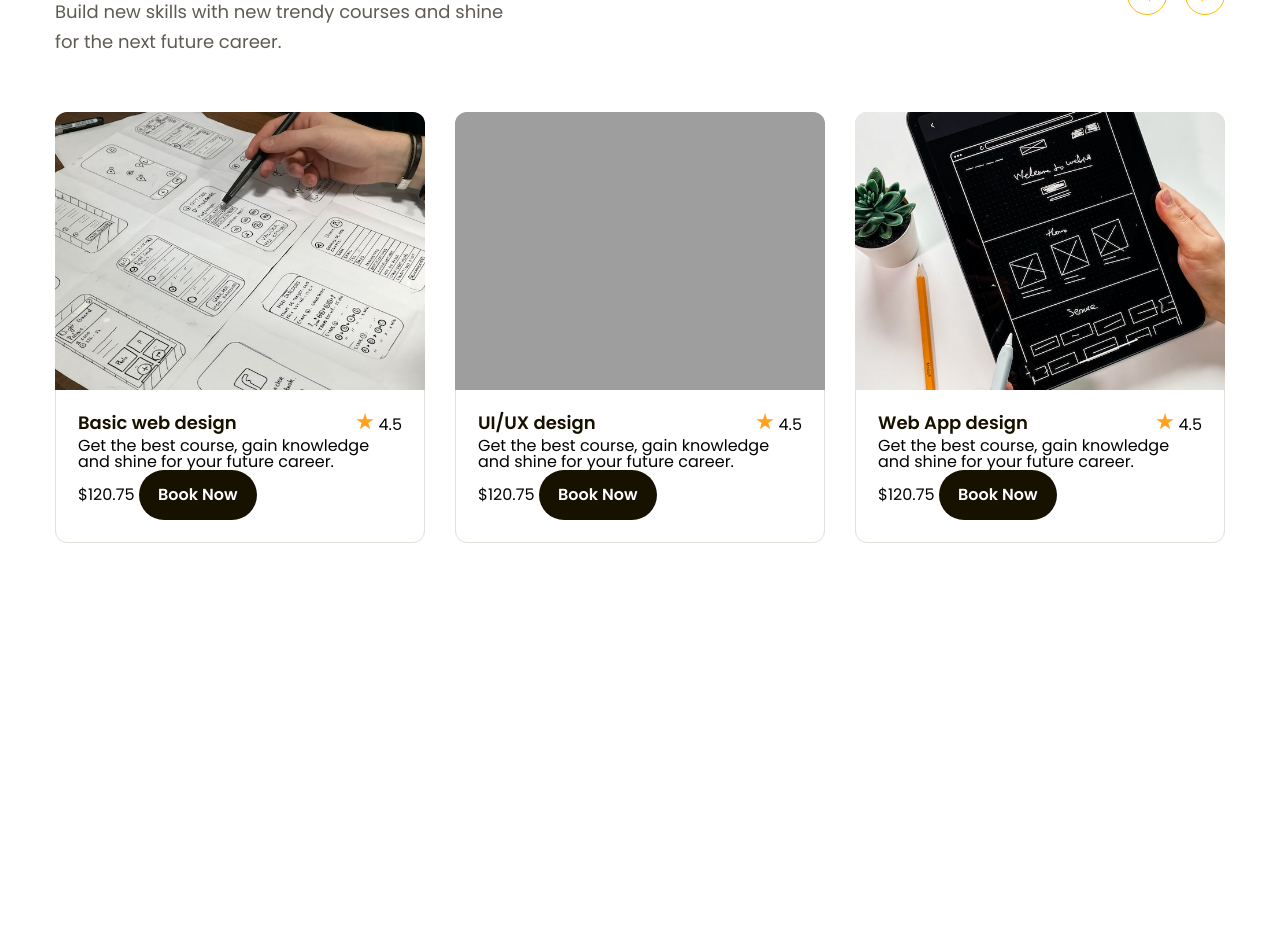
Repository: Tran-Dat/F8-Project-02
Page: index.html
An editor plug-in stored every save of this project. The page is shown before and after the next save, followed by the edit.
The browser window is 1280 px wide. The pictures show the part of the page from y = 1167 to 2119 px (the page is 3000 px tall).
Pictures or frames that could not be fetched are drawn as grey boxes. A picture or video elsewhere on the page could not be fetched, so the positions and the page height are approximate.

Above is the page before, as saved 2023-03-30 18:39:07.

After the next save:
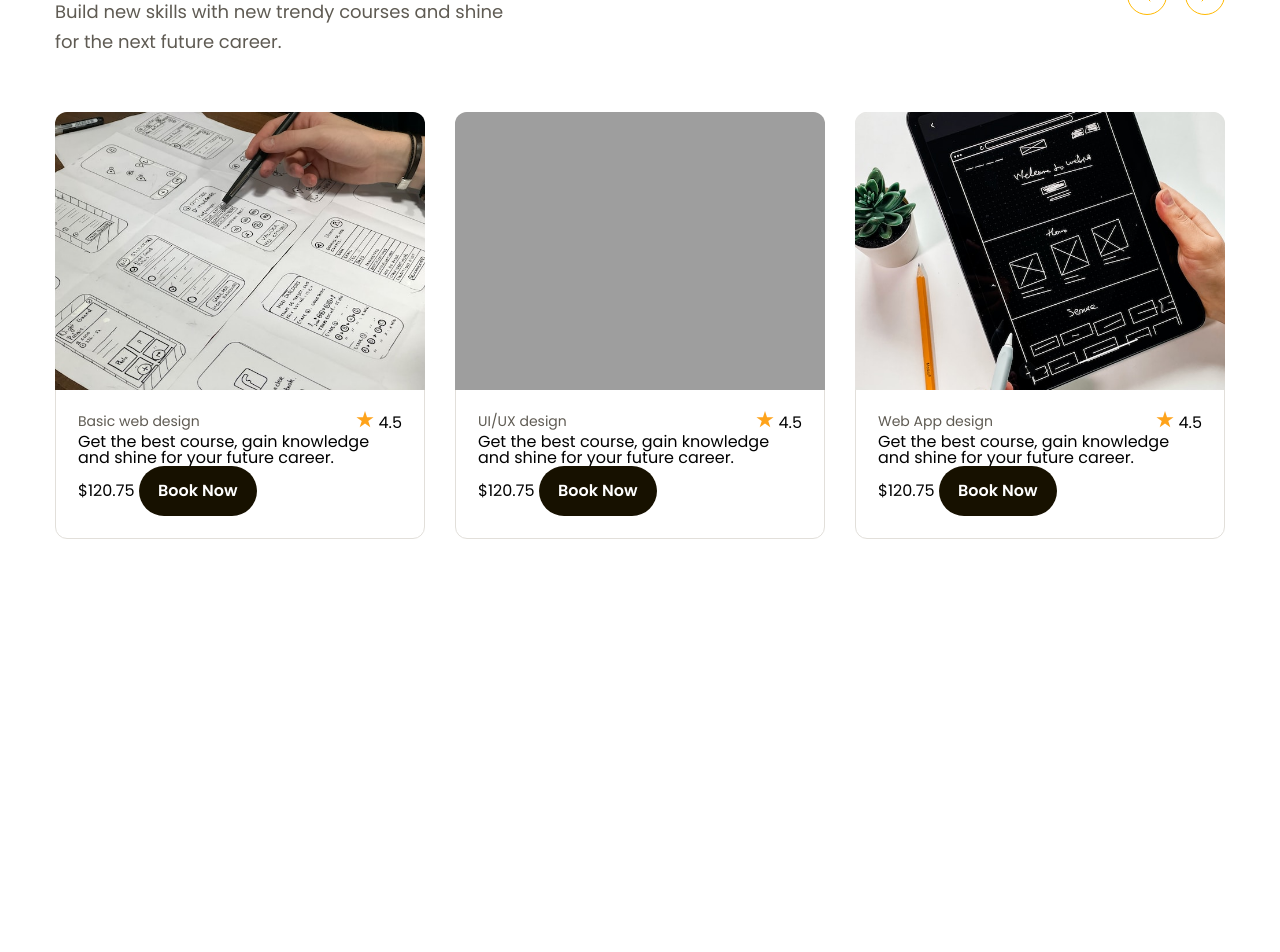
Saved 38 s later.
--- a/assets/css/styles.css
+++ b/assets/css/styles.css
@@ -346,8 +346,8 @@
 }
 
 .popular .course-item .title {
-    font-weight: 600;
-    font-size: 1.8rem;
-    line-height: 1.67;
-    color: #171100;
-}
+    font-weight: 400;
+    font-size: 1.4rem;
+    line-height: 1.86;
+    color: #5f5b53;
+}

After the save that followed:
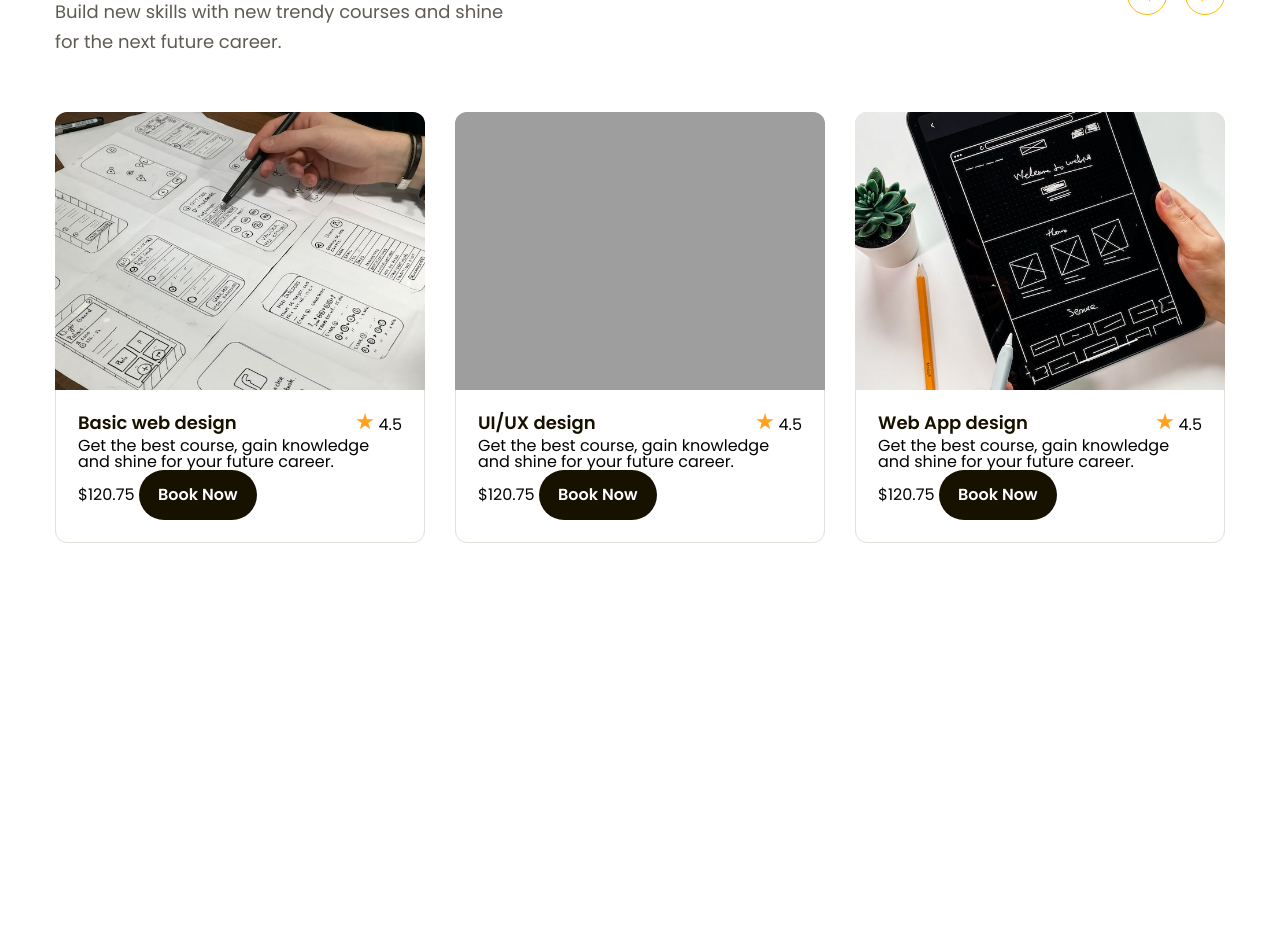
Saved 16 s later.
--- a/assets/css/styles.css
+++ b/assets/css/styles.css
@@ -346,8 +346,8 @@
 }
 
 .popular .course-item .title {
-    font-weight: 400;
-    font-size: 1.4rem;
-    line-height: 1.86;
-    color: #5f5b53;
-}
+    font-weight: 600;
+    font-size: 1.8rem;
+    line-height: 1.67;
+    color: #171100;
+}
